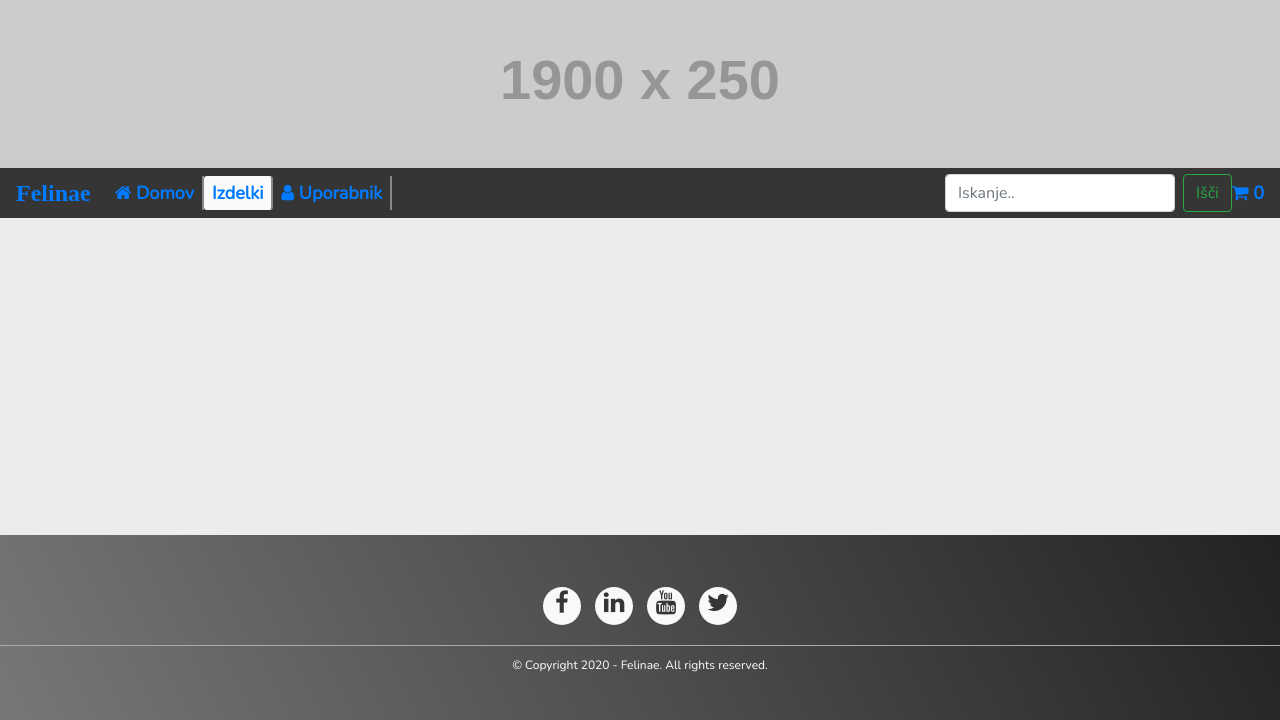
Repository: UrbyK/Felinae
Page: http://localhost/index.php?page=products
An editor plug-in stored every save of this project. The page is shown before and after the next save, followed by the edit.
The browser window is 1280 px wide. The pictures show the whole page.
Some web fonts or font styles are not loaded; a fallback is used. The page is run by PHP 8.4 with error messages shown; the project is at /var/www/html/. Queries for data that is not in the repository find no rows.

Above is the page before, as saved 2020-09-15 11:23:03.

### index.php
<?php
    session_start();

    include './functions.php';

    $pdo = pdo_connect_mysql();

    $_GET   = filter_input_array(INPUT_GET, FILTER_SANITIZE_STRING);
    $_POST  = filter_input_array(INPUT_POST, FILTER_SANITIZE_STRING);

    $page = isset($_GET['page']) && file_exists($_GET['page']. '.php') ? $_GET['page'] : 'home';
    include $page . '.php';

    // @todo will fix later
    template_footer();

?>

### src/inc/dbh.inc.php
<?php
    function pdo_connect_mysql(){
        /* credentials */
        $dbHost = 'localhost';
        $dbUser = 'root';
        $dbPass = '';
        $dbName = 'felinae';

        try{
            return new PDO('mysql:host=' . $dbHost . ';dbname=' . $dbName . ';charset=utf8', $dbUser, $dbPass);
        } catch (PDOException $exception) {
            // If there is an error with the connection, stop the script and display the error.
            die ('Failed to connect to database!'. $exception->getMessage());
        }
    }
?>

### src/inc/search-functions.php
<?php
    function get_city($pdo, $city, $postalCode, $country_id){

        $query = "SELECT * FROM city WHERE country_id = ? AND lower(city) LIKE lower(?) AND postalCode = ?";
        $stmt = $pdo->prepare($query);
        $stmt->execute([$country_id, $city, $postalCode]);
        return $stmt;
    }
?>

### src/inc/picture-upload.inc.php
<?php

    function image_upload($product_id, $url, $caption, $i){

        $pdo = pdo_connect_mysql();
        $target_dir = "./uploads/";
        $relative_dir = "./uploads/";

        $change_name = date("Y-m-d-h-i-s")."-".$product_id."-".basename($url);
        $change_name;
        $target_file = $target_dir . $change_name;
        $relative_file = $relative_dir . $change_name;

        $uploadOk = 1;
        $imageFileType = strtolower(pathinfo($target_file,PATHINFO_EXTENSION));

        if(isset($_POST["submit"])) {
            $check = getimagesize($_FILES["image"]["tmp_name"][$i]);
            if($check !== false) {
                //echo "File is an image - " . $check["mime"] . ".";
                $uploadOk = 1;
            } else {
                //echo "File is not an image.";
                $uploadOk = 0;
            }
        }

        if($imageFileType != "jpg" && $imageFileType != "png" && $imageFileType != "jpeg"
        && $imageFileType != "gif" ) {
            $uploadOk = 0;
        }

        if ($uploadOk == 1) {
            if (move_uploaded_file($_FILES["image"]["tmp_name"][$i], $target_file)) {
                //vse je ok, zapišem še v bazo
                $query = "INSERT INTO product_image(product_id, image, caption) VALUES (?,?,?)";
                $stmt = $pdo->prepare($query);
                $stmt->execute([$product_id, $relative_file, $caption]);
            }
        }
    }

?>

### footer.php
    </div><!-- class="container-fluid" --->

        <footer class="page-footer font-small flow-footer" id="footer" role="contentinfo">
            <div class="footer-wrapper">
                <div class="container container-footer">
                    <div class="row text-center">
                        <div class="col-12">
                            <ul class="social-network social-circle">
                                <li><a href="https://www.facebook.com" target="_blank" class="icoFacebook" title="Facebook"><i class="fa fa-facebook-f"></i></a></li>
                                <li><a href="https://www.linkedin.com" target="_blank" class="icoLinkedin" title="Linkedin"><i class="fa fa-linkedin"></i></a></li>
                                <li><a href="https://www.youtube.com" target="_blank" class="icoYoutube" title="Youtube"><i class="fa fa-youtube"></i></a></li>
                                <li><a href="https://twitter.com" target="_blank" class="icoTwitter" title="Twitter"><i class="fa fa-twitter"></i></a></li>
                            </ul>
                        </div><!-- col-12 -->
                    </div> <!-- row text-center -->
                </div><!-- container container-footer -->
                <div class="row">
                    <div class="col-12 copy">
                        <p class="text-center">&copy; Copyright 2020 - Felinae.  All rights reserved.</p>
                    </div><!--  col-12 copy-->
                </div><!-- row -->
            </div><!-- footer-wrapper -->
        </footer>





    </body>
</html>

### src/css/style.css
@import url('http://fonts.googleapis.com/css?family=Oxygen+Mono');
@import url('https://fonts.googleapis.com/css?family=Damion|Neucha|Pacifico|Yellowtail&display=swap');
@import url('https://fonts.googleapis.com/css2?family=Crimson+Text&family=Nunito&family=Overlock&family=Source+Sans+Pro&display=swap');
@import url('https://fonts.googleapis.com/css2?family=Love+Ya+Like+A+Sister&display=swap');

*{
    text-decoration: none;
    list-style: none;
}
html, body{
  margin: 0;
  height: 100%;
}

body{
    padding: 0;
    margin: 0 auto;
    font-size: 16px;
    line-height: 1.125em;
    font-family: 'Nunito', 'Source Sans Pro', sans-serif;
    background-color: #ececec;
    display: flex;
    flex-direction: column;
}

h1, h2, h3, h4, h5, h6{
    font-family: 'Overlock', 'Crimson Text', cursive, serif;
    color: #1b9bff;
    font-weight: 550;
    line-height: 1.125em;
}

h1{
    font-size: 36px;
}
h2{
    font-size: 32px;
}
h3{
    font-size: 28px;
}
h4{
    font-size: 24px;
}
h5{
    font-size: 20px;
}
h6{
    font-size: 16px;
}


/* BANNER */

@media all and (max-width: 800px){
  .banner{
     display: none;
  }
}

.banner img{
    width: 100%;
    height: auto;
}

/*NAVBAR*/
.navbar{
    background-color: rgb(53,53,53);
    font-size: 18px;
    font-weight: 600;
    max-height: 50px;
}

.navbar-brand{
    font-size: 24px;
    font-family: 'Love Ya Like A Sister','Overlock';
    font-weight: 800;

}

.custom-toggler .navbar-toggler-icon {
    background-image: url("data:[embedded picture, 239 characters]");
  }

  .custom-toggler, .navbar-toggler {
    border-color: rgb(27, 155, 255);
    border-width: 2px;
  }

  .active{
    background-color: #FAFAFA;
    border-radius: 3px;
  }
.navbar-nav .nav-item{
    border-right: 2px solid #888;
}

.navbar-collapse{
  background-color: rgba(53, 53, 53, 0.80);
}

.dropdown-menu{
  background-color: rgba(53, 53, 53, 0.80);


}

.dropdown-menu .dropdown-item{
  color: #009900;
  font-size: 18px;
  font-weight: 700;
  border-bottom: 1px solid #888;
  height: 75px;
}


/*=======FOOTER=========*/
footer {
  background: #535355;
  background: -webkit-linear-gradient(63deg, #777777, #222222);
  background: linear-gradient(63deg, #777777, #222222);
  color: white;
  height: auto;
  width: 100%;
  margin-top: auto;
}

footer a {
  color: #fefefe;
  font-size: 14px;
  transition-duration: 0.2s;
}

footer a:hover {
  color: #1b9bff;
  text-decoration: none;
}

.copy {
  font-size: 12px;
  padding: 10px;
  border-top: 1px solid #aaa;
}

.footer-wrapper {
  padding-top: 2em;
  color: white;
}


/*social icons*/

ul.social-network {
  list-style: none;
  display: inline;
  margin-left: 0 !important;
  padding: 0;
}

ul.social-network li {
  display: inline;
  margin: 0 5px;
}


/* footer social icons */

.social-network a.icoFacebook:hover {
  background-color: #3B5998;
}

.social-network a.icoLinkedin:hover {
  background-color: #007bb7;
}

.social-network a.icoYoutube:hover {
    background-color: #FF0000;
}

.social-network a.icoTwitter:hover {
    background-color: #00aced;
}

.social-network a.icoFacebook:hover i,
.social-network a.icoLinkedin:hover i,
.social-network a.icoYoutube:hover i,
.social-network a.icoTwitter:hover i{
  color: #fff;
}

.social-network a.socialIcon:hover,
.socialHoverClass {
  color: #44BCDD;
}

.social-circle li a {
  display: inline-block;
  position: relative;
  margin: 0 auto 0 auto;
  -moz-border-radius: 50%;
  -webkit-border-radius: 50%;
  border-radius: 50%;
  text-align: center;
  width: 38px;
  height: 38px;
  font-size: 24px;
  color: #353535;
}

.social-circle li i {
  margin: 0;
  line-height: 30px;
  text-align: center;
}

.social-circle li a:hover {
  -moz-transform: rotate(360deg);
  -webkit-transform: rotate(360deg);
  -ms--transform: rotate(360deg);
  transform: rotate(360deg);
  -webkit-transition: all 0.6s;
  -moz-transition: all 0.6s;
  -o-transition: all 0.6s;
  -ms-transition: all 0.6s;
  transition: all 0.6s;
  color: #fff;
}

.social-circle i {
  color: #353535;
  -webkit-transition: all 0.8s;
  -moz-transition: all 0.8s;
  -o-transition: all 0.8s;
  -ms-transition: all 0.8s;
  transition: all 0.8s;
}
/* backgounf of icons when displayed */
.social-network a {
  background-color: #f9f9f9;
}


/*REGISTER/LOGIN FORM*/

input .form-control:valid{
  background-color: #009900;
}

.my-form .hint{
    font-size: 10px;
}

/*======PRODUCT ADD======*/
.form-group .col #charNum{
  float: right;
}

/*======== HOVERBOX ==============*/
/* displays text when you hover over the image */
.hvrbox,
.hvrbox * {
  box-sizing: border-box;
}

.hvrbox {
  position: relative;
  display: inline-block;
  overflow: hidden;

  height: 100%;
  width: auto;
  margin-top: 5%;
  padding-bottom: 10px;

  border-bottom: 1px dashed #aaa;
}

.hvrbox img {
  max-width: 100%;
  margin: auto;
}

.hvrbox .hvrbox-layer_bottom {
  display: block;
}

.hvrbox .hvrbox-layer_top {
  opacity: 0;
  position: absolute;
  top: 0;
  left: 0;
  right: 0;
  bottom: 0;
  width: 100%;
  height: 100%;
  background: rgba(0, 0, 0, 0.6);
  color: #fff;
  padding: 15px;
  -moz-transition: all 0.5s ease-in-out 0s;
  -webkit-transition: all 0.5s ease-in-out 0s;
  -ms-transition: all 0.5s ease-in-out 0s;
  transition: all 0.5s ease-in-out 0s;
}

.hvrbox:hover .hvrbox-layer_top,
.hvrbox.active .hvrbox-layer_top {
  opacity: 1;
  height: 100%;
}

.hvrbox .hvrbox-text {
  text-align: center;
  font-size: 17px;
  display: inline-block;
  position: absolute;
  top: 50%;
  left: 50%;
  -moz-transform: translate(-50%, -50%);
  -webkit-transform: translate(-50%, -50%);
  -ms-transform: translate(-50%, -50%);
  transform: translate(-50%, -50%);
}

.hvrbox .hvrbox-text_mobile {
  font-size: 15px;
  border-top: 1px solid rgb(179, 179, 179); /* for old browsers */
  border-top: 1px solid rgba(179, 179, 179, 0.7);
  margin-top: 5px;
  padding-top: 2px;
  display: none;
}

.hvrbox.active .hvrbox-text_mobile {
  display: block;
}

.hvrbox .hvrbox-layer_slideup {
  -moz-transform: translateY(100%);
  -webkit-transform: translateY(100%);
  -ms-transform: translateY(100%);
  transform: translateY(100%);
}

.hvrbox:hover .hvrbox-layer_slideup,
.hvrbox.active .hvrbox-layer_slideup {
  -moz-transform: translateY(0);
  -webkit-transform: translateY(0);
  -ms-transform: translateY(0);
  transform: translateY(0);
}

.hvrbox:hover .price{
  color: #fff;
  -moz-transition: color 0.8s ease 0s;
  -webkit-transition: color 0.8s ease 0s;
  -ms-transition: color 0.8s ease 0s;
  transition: color 0.8s ease 0s;
}

/*========PRODUCTS=========*/
.card-btn form input{
  max-width: 250px;
  width: 100%;
}

form input[type="number"] {
  width: 100%;
	padding: 10px;
	margin-bottom: 15px;
	border: 1px solid #aaa;
	color: #555555;
  border-radius: 5px;
  -moz-appearance: textfield;
}

form input[type="submit"] {
	background-color: #1b9bff;;
	border: 0;
	color: #FFFFFF;
	width: 100%;
	padding: 12px 0;
	text-transform: uppercase;
	font-size: 14px;
	font-weight: bold;
	border-radius: 5px;
  cursor: pointer;

}

form input[type="submit"]:hover {
	background-color: #1a5f94;;
}


.product-item {
  background-color: #fff;
  border: 1px solid black;
}

.product-name{
  font-size: 16px;
  /*padding-top: 15px;*/
  font-weight: bold;
  color: #1b9bff;
  font-family: 'Franklin Gothic Medium', 'Arial Narrow', Arial, sans-serif;
}

.product-name:hover{
color: #1a5f94;
}



/* THUMBNAIL FOR IMAGE PREVIEW ON PRODUCTS*/
.img-thumbnail{
  max-height: 100%;
  height: auto;
  width: auto;
}

.row{
  margin: 20px auto;
}


/* CARD */
.products-preview{
  height: 500px;
}

.products-preview-body{
  height: 200px;

}

.products-preview-body ul{
  list-style: none;
  padding: 0;
}
/*
.products-preview-body span {
  position: relative;
  display: block;
}*/

/*==products prices==*/
.card-btn{
  margin: 20px auto;
}

.price{
  font-weight: bold;
  font-size: 20px;
  color: #3f3f3f;
  }

.old-price{
  font-size: 20px;
  margin: 0 5px;
  font-weight: normal;
  color: #777;
}

.discount{
  font-size: 18px;
  color: #eee;
  font-weight: 900;
  border: 2px solid #009900;
  border-radius: 50%;
  background-color: #009900;
  margin: 3px;
  padding: 5px;
  float: right;
  text-decoration: none;
}

del, .old-price{
  text-decoration: line-through;
}

input[type=submit]:disabled{
  background-color: #346081;
}

/*===PRODUCT===*/
/*PRODUTC PICTURE*/
.image-top{
  height: 500px;
  position: absolute;
}

.product-picture{
  display: flex;
  align-items: center;
  justify-content: center;
  height: 500px;
  border: 3px solid silver;
  background-color: #fff;
  box-shadow: 3px 8px 25px #b9b9b9;
}

.product-picture img{
  align-items: center;
  justify-content: center;
  max-width: 100%;
  margin: auto;
  max-height: 500px;

  /*border-radius: 50px;*/
}

/*PRODUCT INFO*/

.product-info{
  margin: auto 0;
  padding-right: 5%;
  padding-bottom: 55px;
  background-color: #fff;
  box-shadow: 3px 8px 15px #b9b9b9;
}

.product-info h1 {
	font-size: 34px;
	font-weight: normal;
	margin: 0;
  padding: 20px 0 10px 0;
  color: #1b9bff;
  font-family:  'Franklin Gothic Medium', 'Arial Narrow', Arial, sans-serif;
}

.product-info .price {
	display: block;
	font-size: 22px;
}

.product-info form {
	display: flex;
	flex-flow: column;
  margin: 40px 0;
}

.product-info form input,
.card-btn form input{
  max-width: 250px;
  width: 100%;
}

.product-info form input[type="number"],
.card-btn form input[type="number"],
.cart form input[type="number"] {
  width: 100%;
	padding: 10px;
	margin-bottom: 15px;
	border: 1px solid #aaa;
	color: #555555;
  border-radius: 5px;
  -moz-appearance: textfield;
}

.product-info form input[type="submit"],
.card-btn form input[type="submit"] {
	background-color: #1b9bff;;
	border: 0;
	color: #FFFFFF;
	width: 100%;
	padding: 12px 0;
	text-transform: uppercase;
	font-size: 14px;
	font-weight: bold;
	border-radius: 5px;
  cursor: pointer;

}
.product-info form input[type="submit"]:hover,
.card-btn form input[type="submit"]:hover {
	background-color: #1a5f94;;
}
/*
.product-price .old-price{
  float: left;
}
*/
li .discount{
  float: none;
  text-decoration: none !important;
}

.product-price .retail-price{
  font-size: 38px;
  margin-top: 24px;
}

/*===CAROUSEL===*/
.carousel-control:hover{
  background-color: rgba(51, 51, 51, 0.5);
}

.carousel-inner {
  margin: auto 0;
}

.sales-date{
  margin-bottom: 10px;
  font-size: 18px;
  color: #009900;
}

.whitespace{
  white-space: pre-wrap;
}

.products-preview{
  margin: 5px auto;
}

.measurements{
  white-space: nowrap;
}

.measurements li{
  display: inline;
}


/*=========COMMENTS=========*/
.hide {
  display: none;
}

.clear {
  float: none;
  clear: both;
}

.rating {
  width: 190px;
  unicode-bidi: bidi-override;
  direction: rtl;
  text-align: center;
  position: relative;
  font-size: 30px;
}

.rating > label {
  float: right;
  display: inline;
  padding: 0;
  margin: 0;
  position: relative;
  width: 1.1em;
  cursor: pointer;
  color: #000;
}

.rating > label:hover,
.rating > label:hover ~ label,
.rating > input.radio-btn:checked ~ label {
  color: transparent;
}

.rating > label:hover:before,
.rating > label:hover ~ label:before,
.rating > input.radio-btn:checked ~ label:before,
.rating > input.radio-btn:checked ~ label:before {
  content: "\2605";
  position: absolute;
  left: 0;
  color: #009900;
}

.btn-submit{
  width: 150px;
}

.review-content{
  white-space: pre-wrap;
}
.checked{
  color: #009900;
}

/*CART*/

/*=== CART ===*/
.cart h1{
  font-size: 28px;
  margin: 0;
  padding: 20px 0;
  text-align: center;
  width: 100%;
  font-weight: 600;
  display: block;
}

.cart table{
  width: 100%;
}

.cart form thead{
  font-size: 24px;
}

.cart table thead td {
	padding: 30px 0;
	border-bottom: 1px solid #009900;
}

.cart table thead td:last-child{
  text-align: right;
}

.cart table tbody td {
	padding: 15px 0;
  border-bottom: 1px solid #009900;
}

.cart table tbody td:last-child {
  text-align: right;
}

.cart table a{
  font-weight: 20px;
  font-weight: 550;
  text-decoration: none;
}

.cart table .img a img {
  max-width: 100px;
  max-height: 100px;
  width: auto;
  height: auto;
}

.cart table tbody td .remove {
  font-size: 14px;
  padding: 3px;
  color: #990000;
  font-weight: 600;
}

.cart table tbody td .remove:hover {
  font-size: 16px;
  color: #bc0101;
  text-decoration: underline;
}

.cart .quanity {
text-align: right;

}

.cart table input[type="number"] {
  width: 50px;
  color: #333;
  border-radius: 10px;
  text-align: right;
}


.cart .subtotal {
  text-align: right;
  padding: 20px 0;
}

.cart .subtotal .text {
  font-size: 18px;
  padding-right: 10px;
}

.cart .subtotal .price{
  font-size: 22px;
}

.cart .buttons {
  text-align: right;
  font-size: 20px;
  padding: 5px;
  font-weight: 800;
  height: 60px;
}

.cart .buttons input[type="submit"] {
  background-color: #1b9bff;;
	border: 0;
  color: #FFFFFF;
  padding-top: 12px;
  padding-bottom: 12px;
	text-transform: uppercase;
	font-size: 14px;
	font-weight: bold;
	border-radius: 5px;
  cursor: pointer;
  height: 55px;
}

.cart .buttons input[type="submit"]:hover {
  background-color: #009900;
  /*border: 3px solid #aaa;
  border-radius: 5px;*/
}

.cart .cart-empty {
  font-size: 24px;
  font-weight: 700;
  color: #333;
}

/*=====WRAPPER=====*/
.wrapper{
  margin-bottom: 50px;
}
.wrapper-inner {
  box-shadow: 3px 5px 8px #b9b9b9;
  background-color: #fefefe;
}

.wrapper-devider{
  border-top: 2px solid #009900;
}

/* PAGE NAVIGATION */
.navigation{
  display: flex;
  justify-content: center;
}

Loaded but not shown: src/js/active-menu.js (12 lines, source omitted); products.php (150 lines, source omitted); header.php (109 lines, source omitted); functions.php (169 lines, source omitted); products-form.php (76 lines, source omitted)

After the next save:
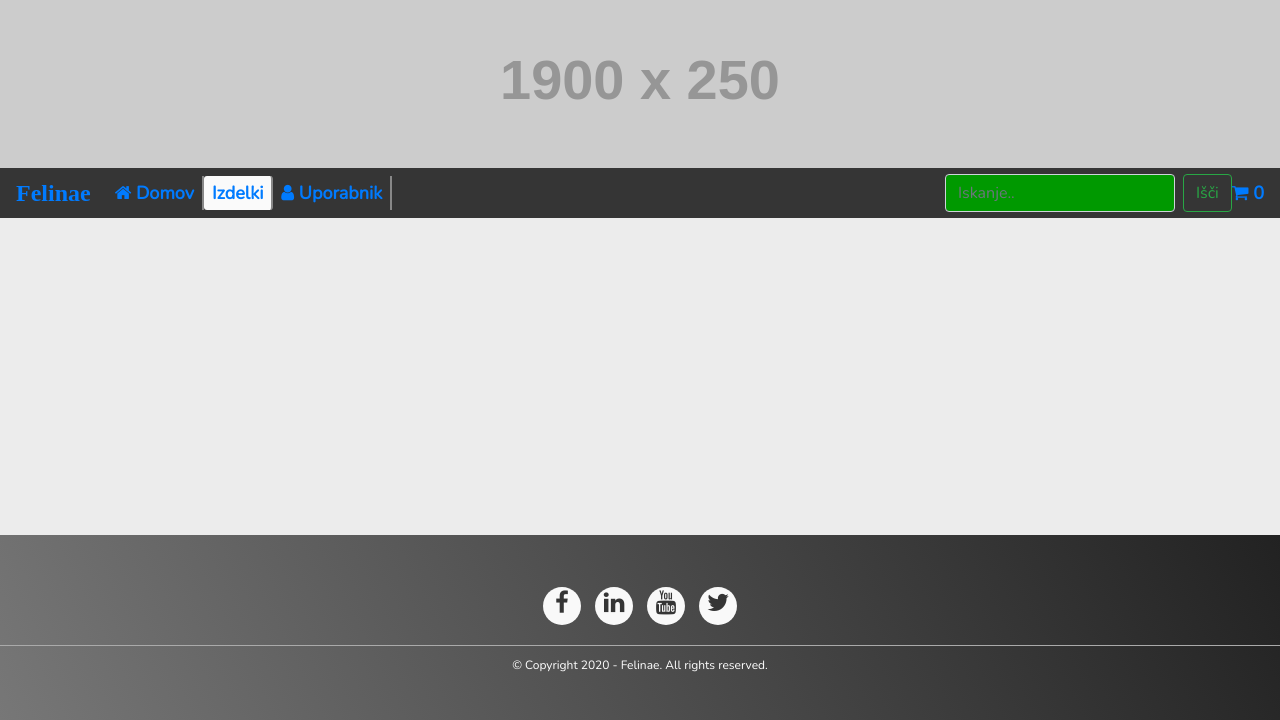
Saved 11 s later.
--- a/src/css/style.css
+++ b/src/css/style.css
@@ -242,7 +242,7 @@
 
 /*REGISTER/LOGIN FORM*/
 
-input .form-control:valid{
+input:valid{
   background-color: #009900;
 }
 

After the 2 saves that followed:
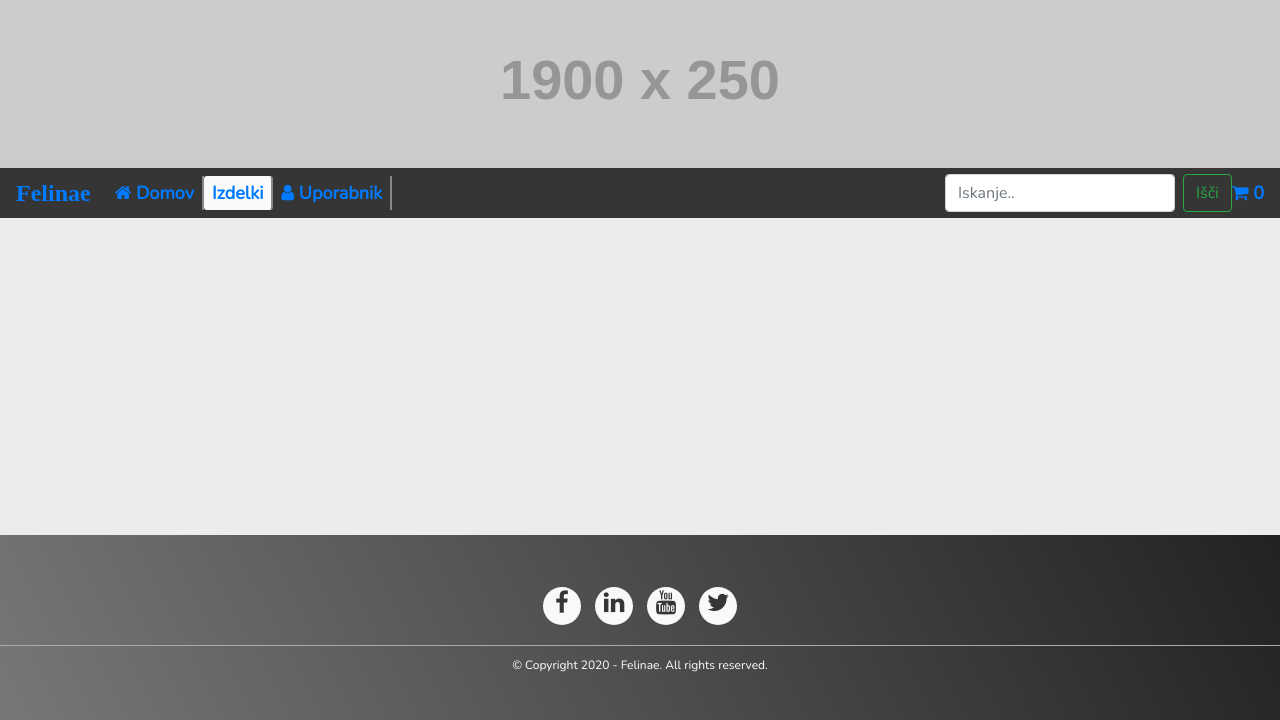
The 2 saves are shown as one change because 1 left the picture as it was.
The last was saved 28 s later.
--- a/src/css/style.css
+++ b/src/css/style.css
@@ -242,7 +242,7 @@
 
 /*REGISTER/LOGIN FORM*/
 
-input:valid{
+.my-form .form-control:valid{
   background-color: #009900;
 }
 
